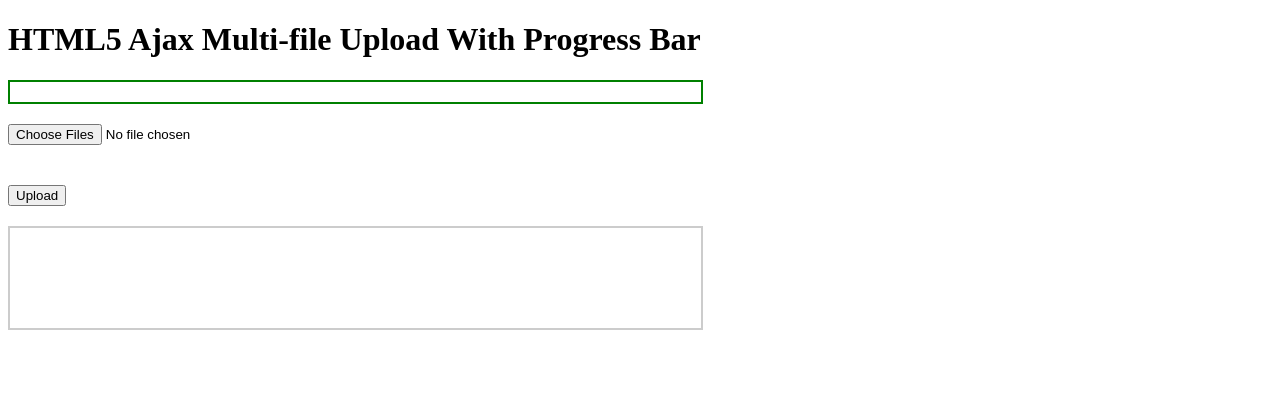
Repository: elhamasiaei13/projectTest
Page: ws-servlet3__2019-07-16-16hh/cargoarchive/src/main/webapp/WEB-INF/views/waybillMultiUpload.html
These files come from the project's save history. The page is drawn as it stood at one moment and after the next save; the edit follows.
The browser window is 1280 px wide. The pictures show the whole page.

Above is the page before, as saved 2019-07-14 12:23:15.

### ws-servlet3__2019-07-16-16hh/cargoarchive/src/main/webapp/WEB-INF/views/waybillMultiUpload.html
<!DOCTYPE html>
<html>
<head>
<title>create set waybill </title>

<script>
    var totalFileLength, totalUploaded, fileCount, filesUploaded;

    //To log everything on console
    function debug(s) {
        var debug = document.getElementById('debug');
        if (debug) {
            debug.innerHTML = debug.innerHTML + '<br/>' + s;
        }
    }

    //Will be called when upload is completed
    function onUploadComplete(e) {
        totalUploaded += document.getElementById('files').files[filesUploaded].size;
        filesUploaded++;
        debug('complete ' + filesUploaded + " of " + fileCount);
        debug('totalUploaded: ' + totalUploaded);
        if (filesUploaded < fileCount) {
            uploadNext();
        } else {
            var bar = document.getElementById('bar');
            bar.style.width = '100%';
            bar.innerHTML = '100% complete';
            alert('Finished uploading file(s)');
        }
    }

    //Will be called when user select the files in file control
    function onFileSelect(e) {
        var files = e.target.files; // FileList object
        var output = [];
        fileCount = files.length;
        totalFileLength = 0;
        for (var i = 0; i < fileCount; i++) {
            var file = files[i];
            output.push(file.name, ' (', file.size, ' bytes, ', file.lastModifiedDate.toLocaleDateString(), ')');
            output.push('<br/>');
            debug('add ' + file.size);
            totalFileLength += file.size;
        }
        document.getElementById('selectedFiles').innerHTML = output.join('');
        debug('totalFileLength:' + totalFileLength);
    }

    //This will continueously update the progress bar
    function onUploadProgress(e) {
        if (e.lengthComputable) {
            var percentComplete = parseInt((e.loaded + totalUploaded) * 100 / totalFileLength);
            var bar = document.getElementById('bar');
            bar.style.width = percentComplete + '%';
            bar.innerHTML = percentComplete + ' % complete';
        } else {
            debug('unable to compute');
        }
    }

    //the Ouchhh !! moments will be captured here
    function onUploadFailed(e) {
        alert("Error uploading file");
    }

    //Pick the next file in queue and upload it to remote server
    function uploadNext() {
        var xhr = new XMLHttpRequest();
        var fd = new FormData();
        var file = document.getElementById('files').files[filesUploaded];
        fd.append("multipartFile", file);
        xhr.upload.addEventListener("progress", onUploadProgress, false);
        xhr.addEventListener("load", onUploadComplete, false);
        xhr.addEventListener("error", onUploadFailed, false);
        xhr.open("POST", "save-product");
        debug('uploading ' + file.name);
        xhr.send(fd);
    }

    //Let's begin the upload process
    function startUpload() {
        totalUploaded = filesUploaded = 0;
        uploadNext();
    }

    //Event listeners for button clicks
    window.onload = function() {
        document.getElementById('files').addEventListener('change', onFileSelect, false);
        document.getElementById('uploadButton').addEventListener('click', startUpload, false);
    }
</script>
</head>
<body>
    <div style="width:55%">
        <h1>HTML5 Ajax Multi-file Upload With Progress Bar</h1>
        <div id='progressBar' style='height: 20px; border: 2px solid green; margin-bottom: 20px'>
            <div id='bar' style='height: 100%; background: #33dd33; width: 0%'>
            </div>
        </div>
        <form style="margin-bottom: 20px">
            <input type="file" id="files" multiple style="margin-bottom: 20px"/><br/>
            <output id="selectedFiles"></output>
            <input id="uploadButton" type="button" value="Upload" style="margin-top: 20px"/>
        </form>
        <div id='debug' style='height: 100px; border: 2px solid #ccc; overflow: auto'></div>
    </div>
</body>
</html>

After the next save:
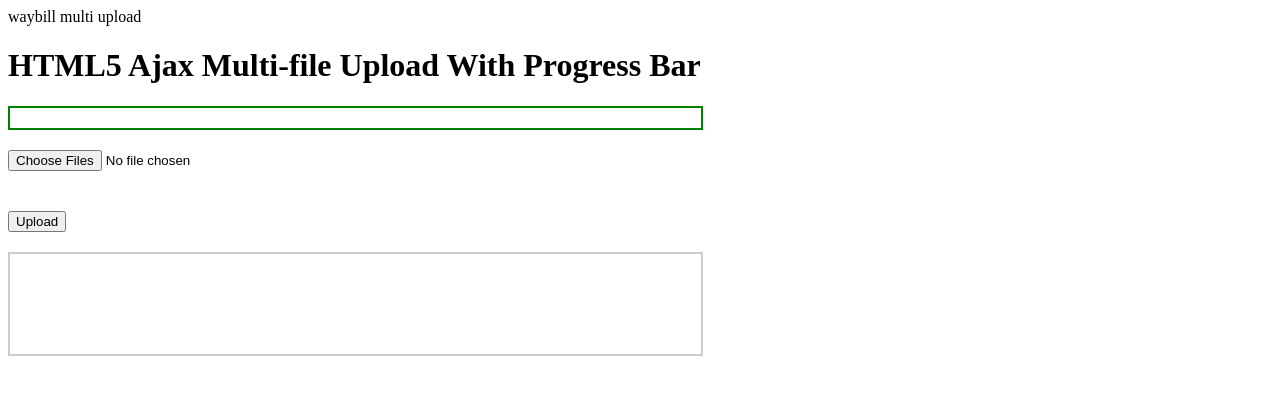
Saved 15 h 50 min later.
--- a/ws-servlet3__2019-07-16-16hh/cargoarchive/src/main/webapp/WEB-INF/views/waybillMultiUpload.html
+++ b/ws-servlet3__2019-07-16-16hh/cargoarchive/src/main/webapp/WEB-INF/views/waybillMultiUpload.html
@@ -92,6 +92,7 @@
 </script>
 </head>
 <body>
+waybill  multi upload
     <div style="width:55%">
         <h1>HTML5 Ajax Multi-file Upload With Progress Bar</h1>
         <div id='progressBar' style='height: 20px; border: 2px solid green; margin-bottom: 20px'>
